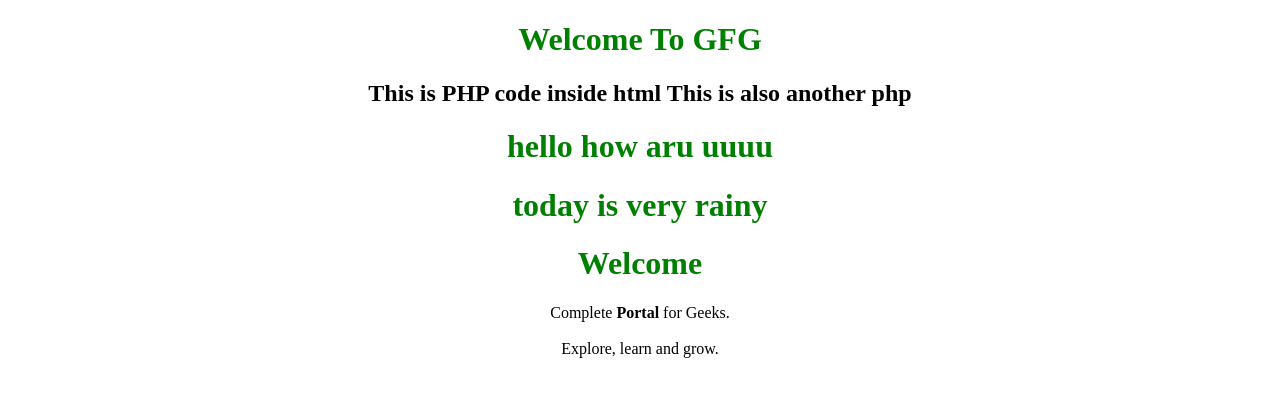
Repository: aashlinrajan/PHPprojectGH
Page: http://localhost/example1.php
These files come from the project's save history. The page is drawn as it stood at one moment and after a run of saves; the edit follows.
The browser window is 1280 px wide. The pictures show the whole page.
The page is run by PHP 8.4 with error messages shown; the project is at /var/www/html/.

Above is the page before, as saved 2022-12-14 11:11:16.

### example1.php
<!DOCTYPE html>
<html>

<head>
    <style>
        h1 {
            color: green;
        }
    </style>
</head>

<body>
    <center>
        <h1>Welcome To GFG</h1>

        <h2>
            <?php
            echo "This is PHP code inside html";
            echo " This is also another php";
            echo "<h1> hello how aru uuuu<h1>";
            echo "<h1> today is very rainy<h1>";
            ?>
        </h2>
    </center>
</body>

</html>
<!DOCTYPE html>
<html>

<head>
    <style>
        h1 {
            color: green;
        }
    </style>
</head>

<body>
    <center>
        <h1>Welcome </h1>

        <p>
<?php
echo "Complete <strong>Portal</strong> for Geeks."
?>
        <br><br>
        <?php
        echo 'Explore, learn and grow.'
        ?>
        </p>
    </center>
</body>

</html>

After the next 2 saves:
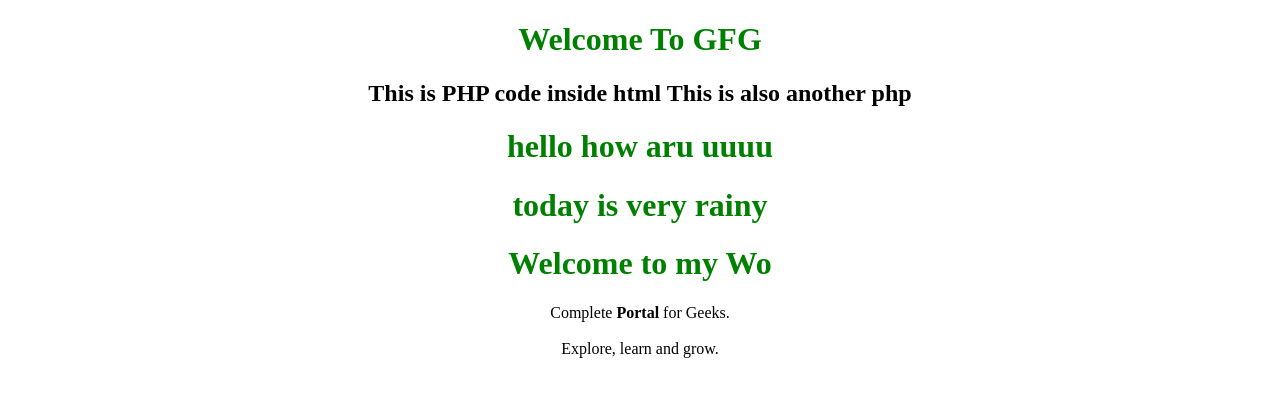
The 2 saves are shown as one change because they came seconds apart.
The last was saved 6 s later.
--- a/example1.php
+++ b/example1.php
@@ -38,7 +38,7 @@
 
 <body>
     <center>
-        <h1>Welcome </h1>
+        <h1>Welcome  to my Wo</h1>
 
         <p>
 <?php
